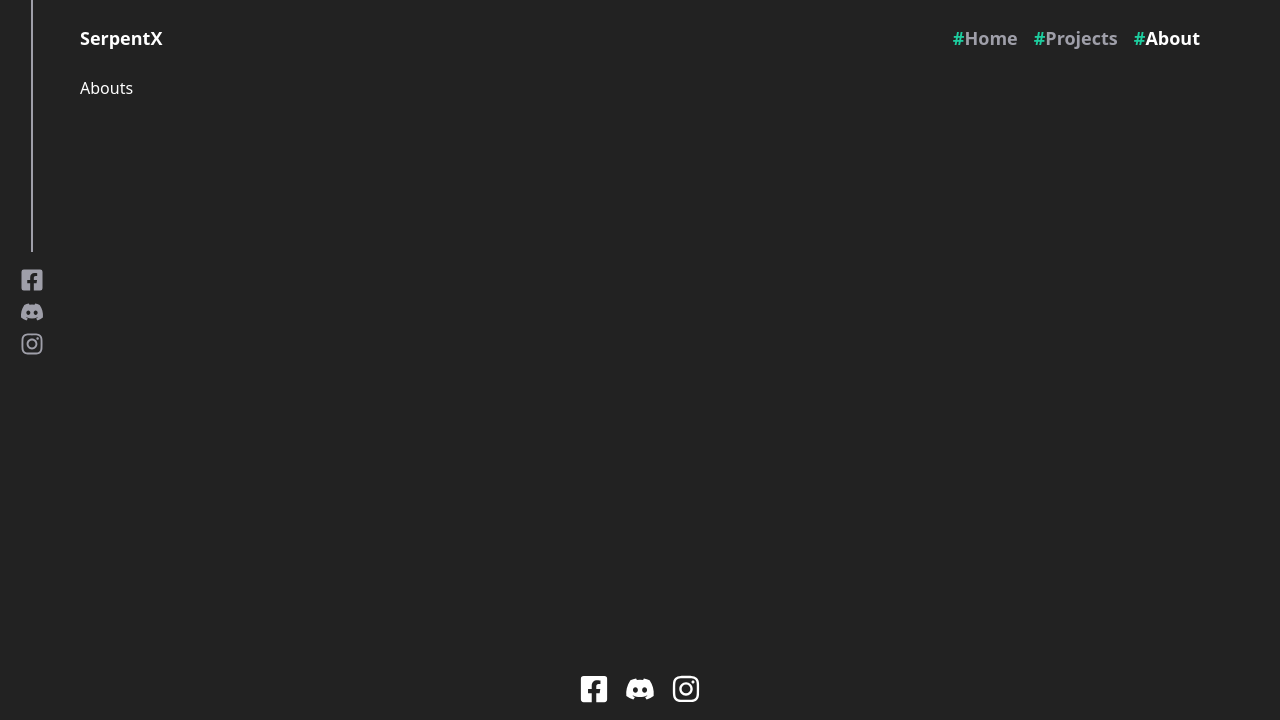
Repository: SERPENTX03/Portfolio-Tutorial
Page: /about
The author's editor kept a copy of each file at every save. The page is drawn from the files as they stood at one save, then again after the next save.
The browser window is 1280 px wide. The pictures show the whole page.
The project was rebuilt for these pictures with package versions that can differ from the ones it lists, and the page was loaded fresh each time. The framework's server and built-in components were replaced by stand-ins that run in the browser. Also part of the build but not shown: next.config.ts.

Above is the page before, as saved 2025-04-19 20:37:15.

### app/layout.tsx
import type { Metadata } from "next";
import { Geist, Geist_Mono } from "next/font/google";
import "./globals.css";
import SideContact from "@/components/SideContact";
import Navbar from "@/components/nav/Navbar";

const geistSans = Geist({
  variable: "--font-geist-sans",
  subsets: ["latin"],
});

const geistMono = Geist_Mono({
  variable: "--font-geist-mono",
  subsets: ["latin"],
});

export const metadata: Metadata = {
  title: "Create Next App",
  description: "Generated by create next app",
};

export default function RootLayout({
  children,
}: Readonly<{
  children: React.ReactNode;
}>) {
  return (
    <html lang="en">
      <body
        className={`${geistSans.variable} ${geistMono.variable} antialiased`}
      >
        <SideContact />
        <main className="max-w-[1200px] mx-auto px-10 ">
          <Navbar />
          {children}
        </main>
      </body>
    </html>
  );
}

### app/(pages)/about/page.tsx
const Abouts = () => {
  return <div>Abouts</div>;
};
export default Abouts;

### app/globals.css
@import "tailwindcss";

@theme {
  --color-primary: #1dcd9f;
  --color-background: #222222;
  --color-text: #9f9fa9;
}

body {
  background-color: var(--color-background);
  color: white;
}

### components/SideContact.tsx
import Link from "next/link";
import { FaFacebookSquare } from "react-icons/fa";
import { FaDiscord } from "react-icons/fa";
import { FaInstagram } from "react-icons/fa";

const SideContact = () => {
  return (
    <div className="fixed top-0 left-0 w-16 lg:flex flex-col hidden ">
      {/* Line */}
      <div className="h-[35vh] relative">
        <div className="h-full border border-text absolute top-0 left-1/2 -translate-x-1/2"></div>
      </div>
      {/* Socials */}
      <div className="text-text mt-4 flex flex-col gap-2 items-center">
        <Link target="_blank" href="https://www.facebook.com/serpentx.dev">
          <FaFacebookSquare size={24} />
        </Link>
        <Link target="_blank" href="https://discord.gg/serpentx">
          <FaDiscord size={24} />
        </Link>
        <Link target="_blank" href="https://www.instagram.com/serpentx.dev">
          <FaInstagram size={24} />
        </Link>
      </div>
    </div>
  );
};
export default SideContact;

### components/nav/Navbar.tsx
import MenuHamburger from "./MenuHamburger";
import Navlink from "./Navlink";

const Navbar = () => {
  return (
    <div className="flex justify-between items-center py-6">
      <h1 className="text-lg font-semibold ">SerpentX</h1>
      <Navlink />
      <MenuHamburger />
    </div>
  );
};
export default Navbar;

### components/nav/MenuHamburger.tsx
"use client";
import { RiMenuFoldLine } from "react-icons/ri";
import { links } from "@/data/NavLink";
import { useEffect, useState } from "react";
import { IoClose } from "react-icons/io5";
import Link from "next/link";
import { usePathname } from "next/navigation";
import { motion, AnimatePresence } from "framer-motion";
import { FaDiscord, FaFacebookSquare, FaInstagram } from "react-icons/fa";

const MenuHamburger = () => {
  const [isOpen, setIsOpen] = useState(false);
  const pathname = usePathname();

  const handleOpen = () => {
    setIsOpen(!isOpen);
  };

  useEffect(() => {
    setIsOpen(false); // ปิดเมนูเมื่อ path เปลี่ยน
  }, [pathname]);
  return (
    <>
      <AnimatePresence mode="wait">
        {isOpen ? (
          <motion.div
            key="close"
            initial={{ rotate: -90, opacity: 0 }}
            animate={{ rotate: 0, opacity: 1 }}
            exit={{ rotate: 90, opacity: 0 }}
            transition={{ duration: 0.2 }}
            className="cursor-pointer block md:hidden z-50"
            onClick={handleOpen}
          >
            <IoClose size={30} />
          </motion.div>
        ) : (
          <motion.div
            key="menu"
            initial={{ rotate: 90, opacity: 0 }}
            animate={{ rotate: 0, opacity: 1 }}
            exit={{ rotate: -90, opacity: 0 }}
            transition={{ duration: 0.3 }}
            className="cursor-pointer block md:hidden z-10"
            onClick={handleOpen}
          >
            <RiMenuFoldLine size={30} />
          </motion.div>
        )}
      </AnimatePresence>
      {isOpen && (
        <ul className="fixed top-0 left-0 w-full h-screen bg-background ">
          <h1 className="text-2xl font-bold m-3">SerpentX</h1>
          {links.map((nav, index) => (
            <li
              key={index}
              className={`text-2xl m-3 font-semibold text-text ${
                pathname === nav.href ? "text-white" : "text-text"
              }`}
            >
              <Link href={nav.href}>
                <span className="text-primary">#</span>
                {nav.label}
              </Link>
            </li>
          ))}
        </ul>
      )}
      <div className="fixed bottom-4 left-1/2 -translate-x-1/2 flex gap-4">
        <Link target="_blank" href="https://www.facebook.com/serpentx.dev">
          <FaFacebookSquare size={30} />
        </Link>
        <Link target="_blank" href="https://discord.gg/serpentx">
          <FaDiscord size={30} />
        </Link>
        <Link target="_blank" href="https://www.instagram.com/serpentx.dev">
          <FaInstagram size={30} />
        </Link>
      </div>
    </>
  );
};
export default MenuHamburger;

### components/nav/Navlink.tsx
"use client";
import { links } from "@/data/NavLink";
import Link from "next/link";
import { usePathname } from "next/navigation";

const Navlink = () => {
  const pathname = usePathname();
  return (
    <ul className="md:flex gap-4 hidden ">
      {links.map((nav, index) => (
        <li
          key={index}
          className={`text-lg font-semibold text-text ${
            pathname === nav.href ? "text-white" : "text-text"
          }`}
        >
          <Link href={nav.href}>
            <span className="text-primary">#</span>
            {nav.label}
          </Link>
        </li>
      ))}
    </ul>
  );
};
export default Navlink;

### data/NavLink.ts
export const links = [
  {
    label: "Home",
    href: "/",
  },
  {
    label: "Projects",
    href: "/projects",
  },
  {
    label: "About",
    href: "/about",
  },
];

After the next save:
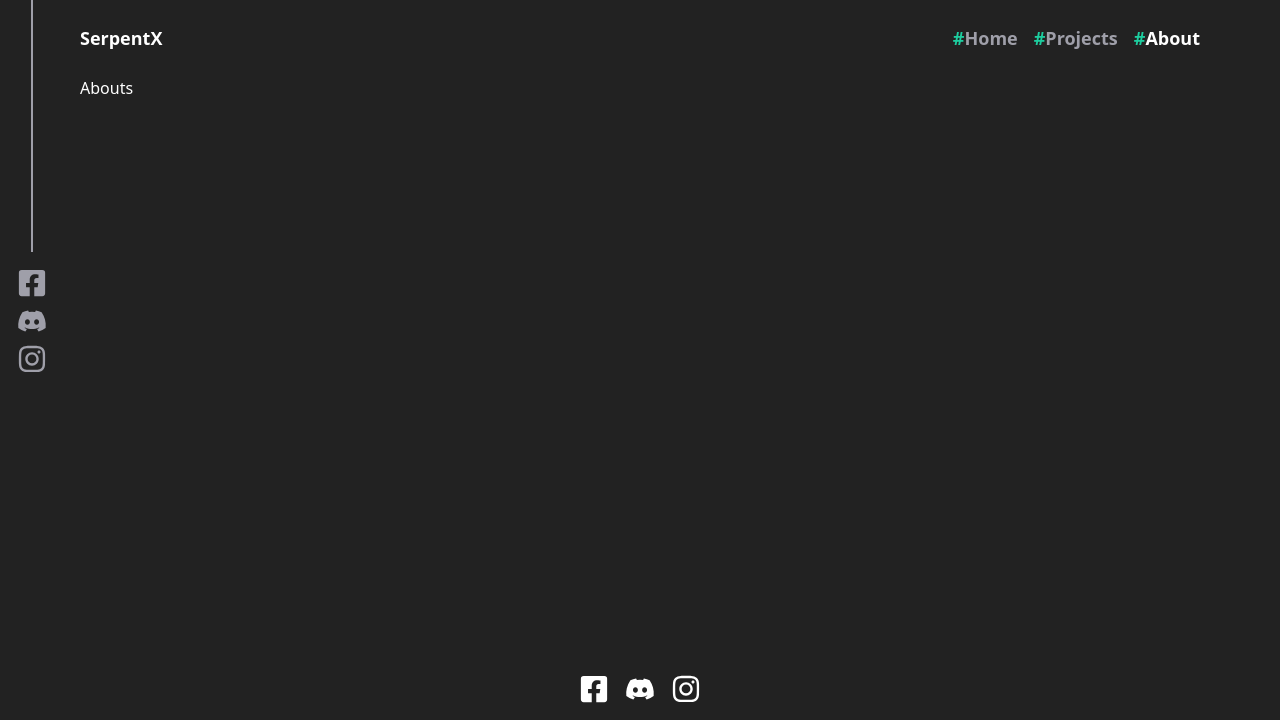
Saved 18 s later.
--- a/components/SideContact.tsx
+++ b/components/SideContact.tsx
@@ -13,13 +13,13 @@ const SideContact = () => {
       {/* Socials */}
       <div className="text-text mt-4 flex flex-col gap-2 items-center">
         <Link target="_blank" href="https://www.facebook.com/serpentx.dev">
-          <FaFacebookSquare size={24} />
+          <FaFacebookSquare size={30} />
         </Link>
         <Link target="_blank" href="https://discord.gg/serpentx">
-          <FaDiscord size={24} />
+          <FaDiscord size={30} />
         </Link>
         <Link target="_blank" href="https://www.instagram.com/serpentx.dev">
-          <FaInstagram size={24} />
+          <FaInstagram size={30} />
         </Link>
       </div>
     </div>
